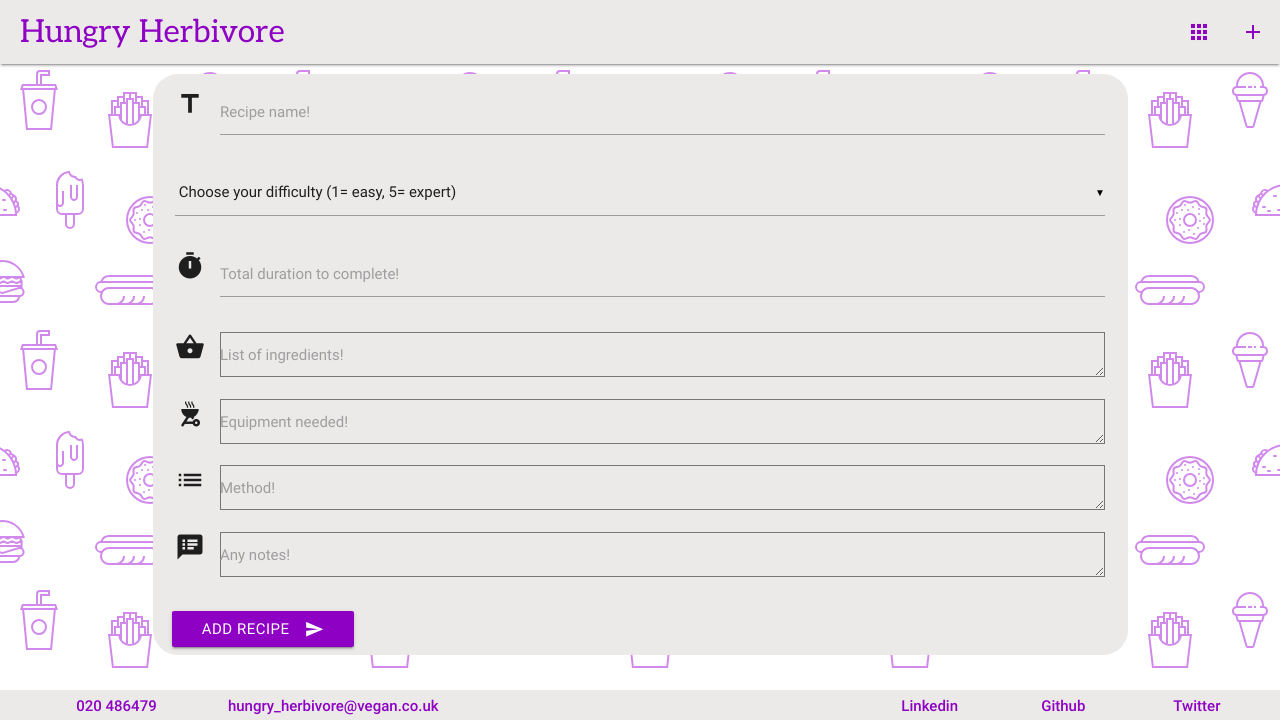
Repository: tgarratt/HungryHerbivore-Milestone3
Page: templates/addrecipe.html
The author's editor kept a record of every edit. The page is drawn from the files as they stood at one moment, then again after the next edit.
The browser window is 1280 px wide. The pictures show the whole page.
The template is drawn by Flask 3. The application's start-up code is not run. The template is opened directly, without the code that normally fills it, so the values that code supplies are empty.

Above is the page before.
Console error: TypeError: $(...).sidenav is not a function

After the next edit:
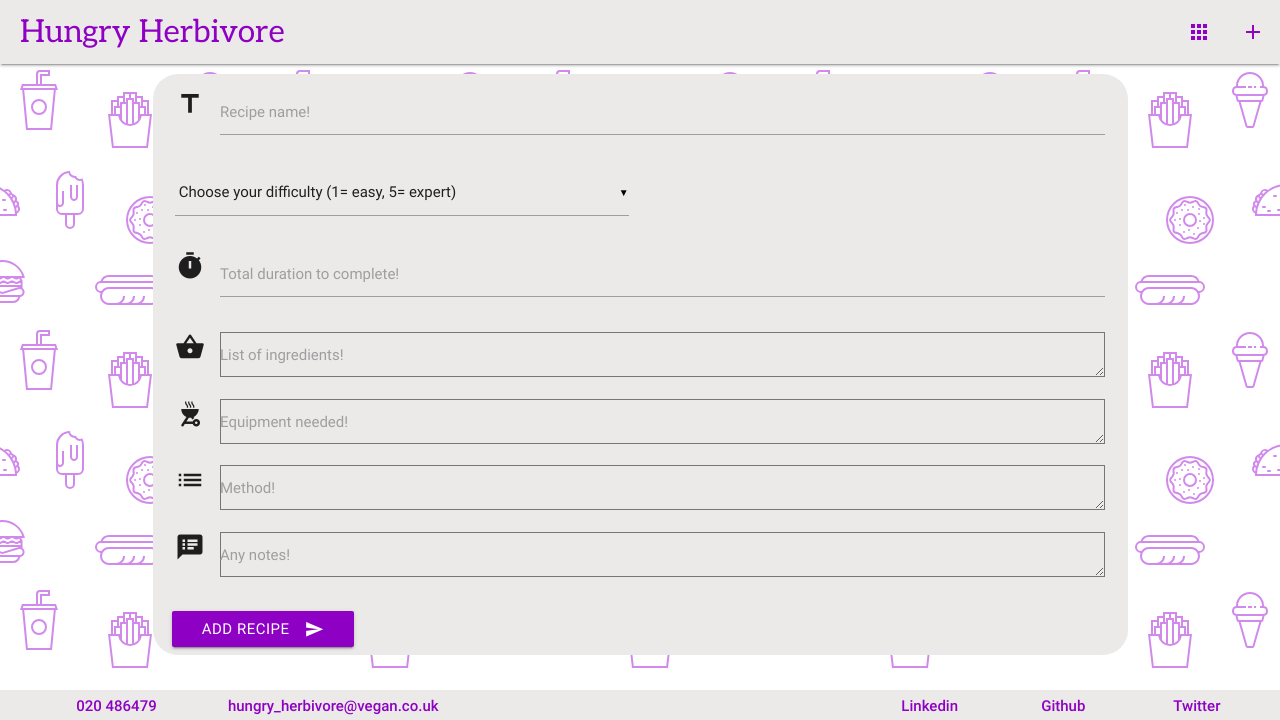
The edit:
--- a/templates/addrecipe.html
+++ b/templates/addrecipe.html
@@ -9,7 +9,7 @@
                     <label for="icon_prefix"> Recipe name!</label>
                 </div>
 
-                <div class="input-field col s6 l12 form-margin">
+                <div class="input-field col s12 m6 l6 form-margin">
                     <select id="difficulty" name="difficulty" required>
                     <option value="" disabled selected> Choose your difficulty (1= easy, 5= expert)</option>
                     <option value="1">1</option>
